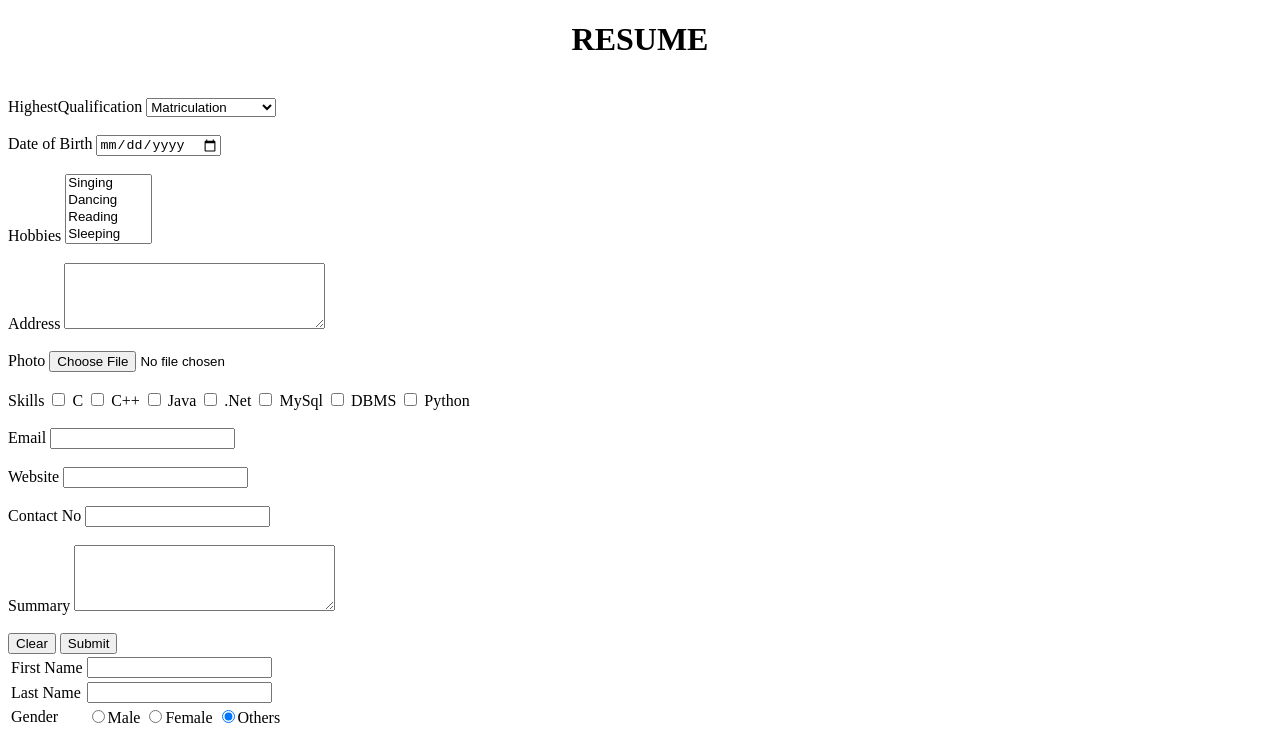
Repository: Rccalfa123/JEE
Page: MyFirstServlet/WebContent/Resume.html
An editor plug-in stored every save of this project. The page is shown before and after the next save, followed by the edit.
The browser window is 1280 px wide. The pictures show the whole page.

Above is the page before, as saved 2018-08-07 08:47:53.

### MyFirstServlet/WebContent/Resume.html
<!DOCTYPE html>
<html>
<head>
<meta charset="ISO-8859-1">
<title>Resume</title>
</head>
<body>
   <form action="ms1.java" method="get">
   <h1 align="center"> RESUME </h1><br>
  <table>
   <tr><td>First Name </td><td><input type="text" name="fname"><br></td></tr>

   <tr><td>Last Name</td> <td> <input type="text" name="lname"><br></td></tr>

   <tr><td>Gender</td> <td><input type="radio" name = "gender" value="male" checked="checked">Male
   		  <input type="radio" name = "gender" value="female" checked="checked">Female
   		  <input type="radio" name = "gender" value="others" checked="checked">Others<br></td></tr>

   HighestQualification <select name = "Qualification">
            <option value="matriculation">Matriculation</option>
            <option value="intermediate">Intermediate</option>
            <option value="bachaolor_degree">Bachaelor Degree</option>
            <option value="masters">Masters</option>

   			</select> <br><br>

   Date of Birth <input type="date" name="dob"> <br><br>

   Hobbies <select multiple  name = "hobbies">
            <option value="singing">Singing</option>
            <option value="dancing">Dancing</option>
            <option value="reading">Reading</option>
            <option value="sleeping">Sleeping</option>
            <option value="eating">Eating</option>
            <option value="video_games">Video Games</option>

   			</select><br><br>

   Address <textarea name="address"   rows="4" cols="30"></textarea><br><br>

   Photo	<input type="file"  name="photo">	<br><br>


   Skills    <input type="checkbox" name="skills" value="c"> C
   			 <input type="checkbox" name="skills" value="c++"> C++
   			 <input type="checkbox" name="skills" value="java"> Java
  			 <input type="checkbox" name="skills" value=".net"> .Net
  			 <input type="checkbox" name="skills" value="mysql"> MySql
   			 <input type="checkbox" name="skills" value="dbms"> DBMS
   			 <input type="checkbox" name="skills" value="python"> Python <br><br>

  Email    <input type="email"  name="email"> <br><br>

  Website  <input type="url" name="website"><br><br>

  Contact No <input type="text" name="contact_no"> <br><br>

  Summary  <textarea name="summary"   rows="4" cols="30"></textarea><br><br>

   <div>  <input type="reset" value="Clear"> <input type="submit" value="Submit"> </div>
  </table>
 </form>


</body>
</html>

After the next save:
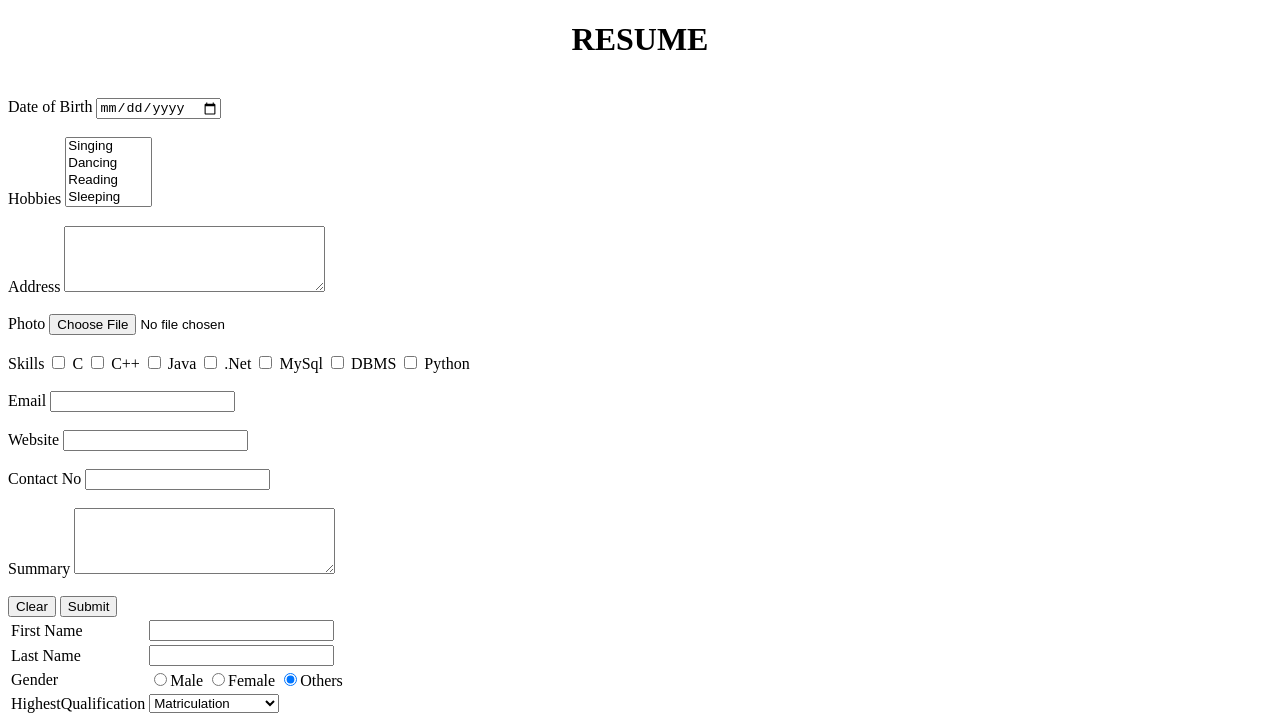
Saved 110 s later.
--- a/MyFirstServlet/WebContent/Resume.html
+++ b/MyFirstServlet/WebContent/Resume.html
@@ -16,13 +16,12 @@
    		  <input type="radio" name = "gender" value="female" checked="checked">Female
    		  <input type="radio" name = "gender" value="others" checked="checked">Others<br></td></tr>
 
-   HighestQualification <select name = "Qualification">
+   <tr><td>HighestQualification</td> <td><select name = "Qualification">
             <option value="matriculation">Matriculation</option>
             <option value="intermediate">Intermediate</option>
             <option value="bachaolor_degree">Bachaelor Degree</option>
             <option value="masters">Masters</option>
-
-   			</select> <br><br>
+   			</select></td></tr>
 
    Date of Birth <input type="date" name="dob"> <br><br>
 
